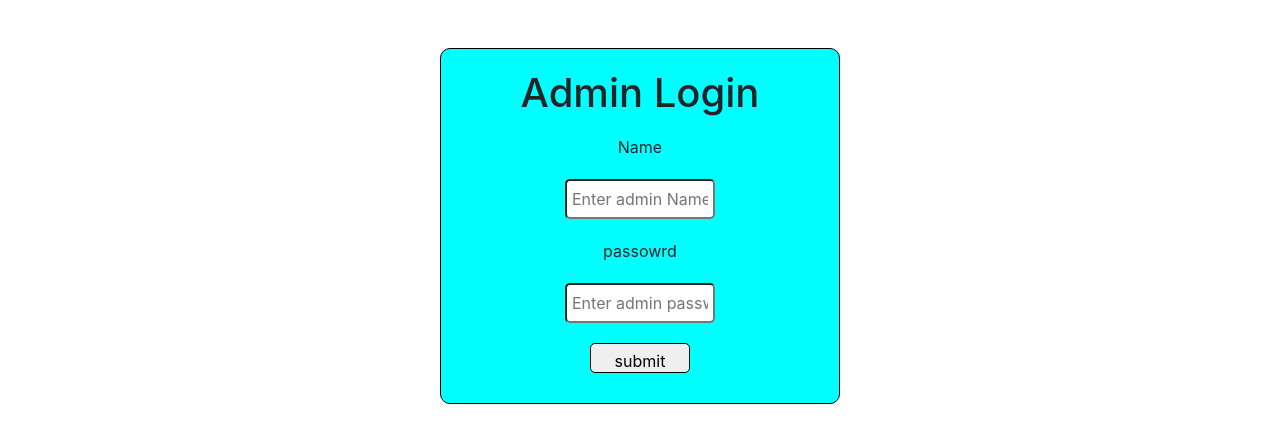
Repository: parthikjadav/parthik-react-practicle-exam
Page: /
The author's editor kept a copy of each file at every save. The page is drawn from the files as they stood at one save, then again after a run of saves.
The browser window is 1280 px wide. The pictures show the whole page.
The project was rebuilt for these pictures with package versions that can differ from the ones it lists, and the page was loaded fresh each time. Requests to the local data server were answered from the project's data file. Also part of the build but not shown: src/App.css, src/componet/page/Reservationform.jsx, src/componet/page/Reservationlist.jsx, src/componet/header/navdata.js, src/componet/header/Navbar.jsx.

Above is the page before, as saved 2024-05-16 10:42:40.

After the next 2 saves:
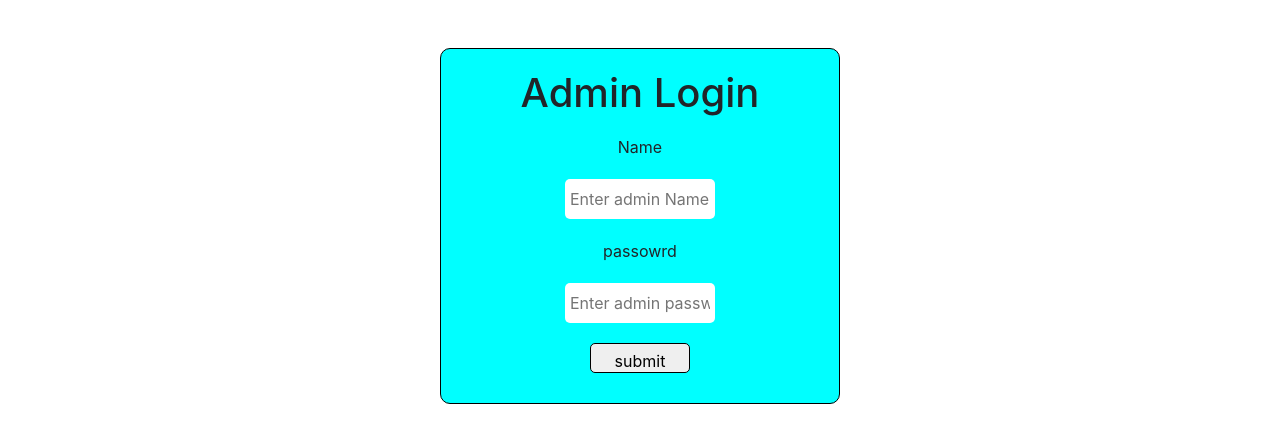
The 2 saves are shown as one change because they came seconds apart.
The last was saved 7 s later.
--- a/src/componet/page/AdminLogin.css
+++ b/src/componet/page/AdminLogin.css
@@ -15,6 +15,7 @@
   height: 40px;
   margin: 10px 0px;
   background-color: white;
+  border: 0px solid black;
   border-radius: 5px;
   padding: 5px;
 }
